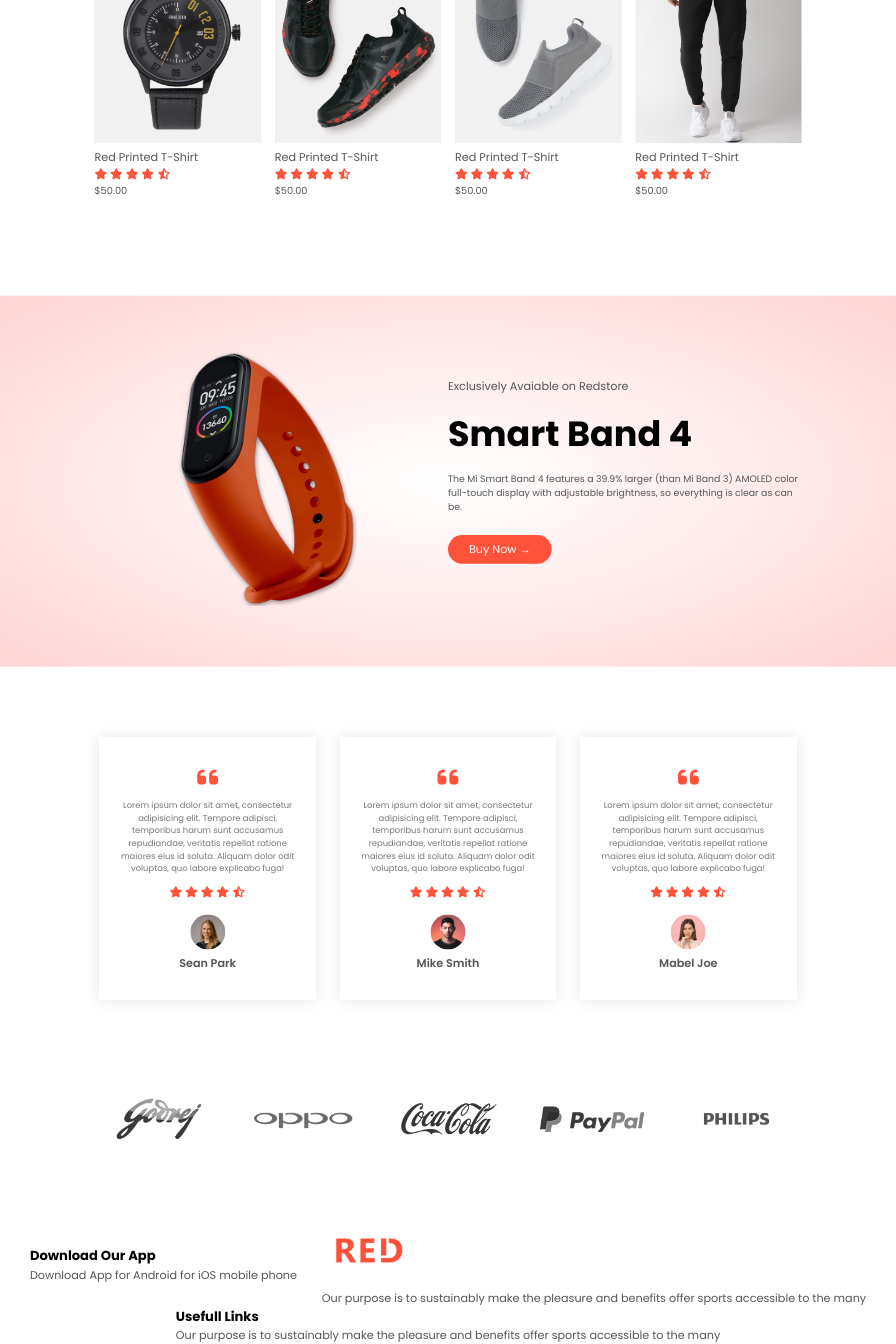
Repository: datvu1608/redsportstore
Page: index.html
The author's editor kept a copy of each file at every save. The page is drawn from the files as they stood at one save, then again after the next save.
The browser window is 1280 px wide. The pictures show the part of the page from y = 2639 to 4559 px (the page is 4559 px tall before and 4534 px after), at 70% of full size.

Above is the page before, as saved 2023-11-23 15:12:21.

### index.html
<!DOCTYPE html>
<html lang="en">
  <head>
    <meta charset="UTF-8" />
    <meta name="viewport" content="width=device-width, initial-scale=1.0" />
    <title>Restore | Ecommerce Website Design</title>
    <link
      href="https://fonts.googleapis.com/css2?family=Poppins:wght@300;400;500;600;700&display=swap"
      rel="stylesheet"
    />
    <link
      rel="stylesheet"
      href="https://cdnjs.cloudflare.com/ajax/libs/font-awesome/6.4.2/css/all.min.css"
    />
    <link rel="stylesheet" href="./styles.css" />
  </head>
  <body>
    <div class="header">
      <div class="container">
        <div class="navbar">
          <div class="logo">
            <img src="./images/logo.png" alt="" width="125px" />
          </div>
          <nav>
            <ul>
              <li>
                <a href="#">Home</a>
              </li>
              <li>
                <a href="#">Products</a>
              </li>
              <li>
                <a href="#">About</a>
              </li>
              <li>
                <a href="#">Contact</a>
              </li>
              <li>
                <a href="#">Account</a>
              </li>
            </ul>
          </nav>
          <img
            src="./images/cart.png"
            width="30px"
            height="30px"
            alt="cart-icon"
          />
        </div>
        <div class="row">
          <div class="col-2">
            <h1>Give Your Workout <br />A New Style!</h1>
            <p>
              Succes isn't always about greatness. It's about consistency.
              Consistent hard work gains success. Greatness will come.
            </p>
            <a href="" class="btn">Explore Now &#8594;</a>
          </div>
          <div class="col-2">
            <img src="./images/image1.png" alt="" />
          </div>
        </div>
      </div>
    </div>
    <!-- featured categories -->
    <div class="categories">
      <div class="small-container">
        <div class="row">
          <div class="col-3">
            <img src="./images/category-1.jpg" alt="" />
          </div>
          <div class="col-3">
            <img src="./images/category-2.jpg" alt="" />
          </div>
          <div class="col-3">
            <img src="./images/category-3.jpg" alt="" />
          </div>
        </div>
      </div>
    </div>
    <!-- featured-products -->
    <div class="small-container">
      <h2 class="title">Featured Products</h2>
      <div class="row">
        <div class="col-4">
          <img src="./images/product-1.jpg" alt="" />
          <h4>Red Printed T-Shirt</h4>
          <div class="rating">
            <i class="fa-solid fa-star"></i>
            <i class="fa-solid fa-star"></i>
            <i class="fa-solid fa-star"></i>
            <i class="fa-solid fa-star"></i>
            <i class="fa-regular fa-star"></i>
          </div>
          <p>$50.00</p>
        </div>
        <div class="col-4">
          <img src="./images/product-2.jpg" alt="" />
          <h4>Red Printed T-Shirt</h4>
          <div class="rating">
            <i class="fa-solid fa-star"></i>
            <i class="fa-solid fa-star"></i>
            <i class="fa-solid fa-star"></i>
            <i class="fa-solid fa-star"></i>
            <i class="fa-regular fa-star"></i>
          </div>
          <p>$50.00</p>
        </div>
        <div class="col-4">
          <img src="./images/product-3.jpg" alt="" />
          <h4>Red Printed T-Shirt</h4>
          <div class="rating">
            <i class="fa-solid fa-star"></i>
            <i class="fa-solid fa-star"></i>
            <i class="fa-solid fa-star"></i>
            <i class="fa-solid fa-star"></i>
            <i class="fa-solid fa-star-half-stroke"></i>
          </div>
          <p>$50.00</p>
        </div>
        <div class="col-4">
          <img src="./images/product-4.jpg" alt="" />
          <h4>Red Printed T-Shirt</h4>
          <div class="rating">
            <i class="fa-solid fa-star"></i>
            <i class="fa-solid fa-star"></i>
            <i class="fa-solid fa-star"></i>
            <i class="fa-solid fa-star"></i>
            <i class="fa-solid fa-star-half-stroke"></i>
          </div>
          <p>$50.00</p>
        </div>
      </div>
      <h2 class="title">Lates Products</h2>
      <div class="row">
        <div class="col-4">
          <img src="./images/product-5.jpg" alt="" />
          <h4>Red Printed T-Shirt</h4>
          <div class="rating">
            <i class="fa-solid fa-star"></i>
            <i class="fa-solid fa-star"></i>
            <i class="fa-solid fa-star"></i>
            <i class="fa-solid fa-star"></i>
            <i class="fa-regular fa-star"></i>
          </div>
          <p>$50.00</p>
        </div>
        <div class="col-4">
          <img src="./images/product-6.jpg" alt="" />
          <h4>Red Printed T-Shirt</h4>
          <div class="rating">
            <i class="fa-solid fa-star"></i>
            <i class="fa-solid fa-star"></i>
            <i class="fa-solid fa-star"></i>
            <i class="fa-solid fa-star"></i>
            <i class="fa-regular fa-star"></i>
          </div>
          <p>$50.00</p>
        </div>
        <div class="col-4">
          <img src="./images/product-7.jpg" alt="" />
          <h4>Red Printed T-Shirt</h4>
          <div class="rating">
            <i class="fa-solid fa-star"></i>
            <i class="fa-solid fa-star"></i>
            <i class="fa-solid fa-star"></i>
            <i class="fa-solid fa-star"></i>
            <i class="fa-solid fa-star-half-stroke"></i>
          </div>
          <p>$50.00</p>
        </div>
        <div class="col-4">
          <img src="./images/product-8.jpg" alt="" />
          <h4>Red Printed T-Shirt</h4>
          <div class="rating">
            <i class="fa-solid fa-star"></i>
            <i class="fa-solid fa-star"></i>
            <i class="fa-solid fa-star"></i>
            <i class="fa-solid fa-star"></i>
            <i class="fa-solid fa-star-half-stroke"></i>
          </div>
          <p>$50.00</p>
        </div>
        <div class="col-4">
          <img src="./images/product-9.jpg" alt="" />
          <h4>Red Printed T-Shirt</h4>
          <div class="rating">
            <i class="fa-solid fa-star"></i>
            <i class="fa-solid fa-star"></i>
            <i class="fa-solid fa-star"></i>
            <i class="fa-solid fa-star"></i>
            <i class="fa-solid fa-star-half-stroke"></i>
          </div>
          <p>$50.00</p>
        </div>
        <div class="col-4">
          <img src="./images/product-10.jpg" alt="" />
          <h4>Red Printed T-Shirt</h4>
          <div class="rating">
            <i class="fa-solid fa-star"></i>
            <i class="fa-solid fa-star"></i>
            <i class="fa-solid fa-star"></i>
            <i class="fa-solid fa-star"></i>
            <i class="fa-solid fa-star-half-stroke"></i>
          </div>
          <p>$50.00</p>
        </div>
        <div class="col-4">
          <img src="./images/product-11.jpg" alt="" />
          <h4>Red Printed T-Shirt</h4>
          <div class="rating">
            <i class="fa-solid fa-star"></i>
            <i class="fa-solid fa-star"></i>
            <i class="fa-solid fa-star"></i>
            <i class="fa-solid fa-star"></i>
            <i class="fa-solid fa-star-half-stroke"></i>
          </div>
          <p>$50.00</p>
        </div>
        <div class="col-4">
          <img src="./images/product-12.jpg" alt="" />
          <h4>Red Printed T-Shirt</h4>
          <div class="rating">
            <i class="fa-solid fa-star"></i>
            <i class="fa-solid fa-star"></i>
            <i class="fa-solid fa-star"></i>
            <i class="fa-solid fa-star"></i>
            <i class="fa-solid fa-star-half-stroke"></i>
          </div>
          <p>$50.00</p>
        </div>
      </div>
    </div>
    <!-- offer -->
    <div class="offer">
      <div class="small-container">
        <div class="row">
          <div class="col-2">
            <img src="./images/exclusive.png" class="offer-img" alt="" />
          </div>
          <div class="col-2">
            <p>Exclusively Avaiable on Redstore</p>
            <h1>Smart Band 4</h1>
            <small
              >The Mi Smart Band 4 features a 39.9% larger (than Mi Band 3)
              AMOLED color full-touch display with adjustable brightness, so
              everything is clear as can be.
            </small>
            <a href="#" class="btn">Buy Now &#8594;</a>
          </div>
        </div>
      </div>
    </div>
    <!-- testimonial -->
    <div class="testimonial">
      <div class="small-container">
        <div class="row">
          <div class="col-3">
            <i class="fa-solid fa-quote-left"></i>
            <p>
              Lorem ipsum dolor sit amet, consectetur adipisicing elit. Tempore
              adipisci, temporibus harum sunt accusamus repudiandae, veritatis
              repellat ratione maiores eius id soluta. Aliquam dolor odit
              voluptas, quo labore explicabo fuga!
            </p>
            <div class="rating">
              <i class="fa-solid fa-star"></i>
              <i class="fa-solid fa-star"></i>
              <i class="fa-solid fa-star"></i>
              <i class="fa-solid fa-star"></i>
              <i class="fa-solid fa-star-half-stroke"></i>
            </div>
            <img src="./images/user-1.png" alt="" />
            <h3>Sean Park</h3>
          </div>
          <div class="col-3">
            <i class="fa-solid fa-quote-left"></i>
            <p>
              Lorem ipsum dolor sit amet, consectetur adipisicing elit. Tempore
              adipisci, temporibus harum sunt accusamus repudiandae, veritatis
              repellat ratione maiores eius id soluta. Aliquam dolor odit
              voluptas, quo labore explicabo fuga!
            </p>
            <div class="rating">
              <i class="fa-solid fa-star"></i>
              <i class="fa-solid fa-star"></i>
              <i class="fa-solid fa-star"></i>
              <i class="fa-solid fa-star"></i>
              <i class="fa-solid fa-star-half-stroke"></i>
            </div>
            <img src="./images/user-2.png" alt="" />
            <h3>Mike Smith</h3>
          </div>
          <div class="col-3">
            <i class="fa-solid fa-quote-left"></i>
            <p>
              Lorem ipsum dolor sit amet, consectetur adipisicing elit. Tempore
              adipisci, temporibus harum sunt accusamus repudiandae, veritatis
              repellat ratione maiores eius id soluta. Aliquam dolor odit
              voluptas, quo labore explicabo fuga!
            </p>
            <div class="rating">
              <i class="fa-solid fa-star"></i>
              <i class="fa-solid fa-star"></i>
              <i class="fa-solid fa-star"></i>
              <i class="fa-solid fa-star"></i>
              <i class="fa-solid fa-star-half-stroke"></i>
            </div>
            <img src="./images/user-3.png" alt="" />
            <h3>Mabel Joe</h3>
          </div>
        </div>
      </div>
    </div>
    <!-- brands -->
    <div class="brands">
      <div class="small-container">
        <div class="row">
          <div class="col-5">
            <img src="./images/logo-godrej.png" alt="" />
          </div>
          <div class="col-5">
            <img src="./images/logo-oppo.png" alt="" />
          </div>
          <div class="col-5">
            <img src="./images/logo-coca-cola.png" alt="" />
          </div>
          <div class="col-5">
            <img src="./images/logo-paypal.png" alt="" />
          </div>
          <div class="col-5">
            <img src="./images/logo-philips.png" alt="" />
          </div>
        </div>
      </div>
    </div>
    <!-- footer -->
    <div class="footer">
      <div class="container">
        <div class="row">
          <div class="footer-col-1">
            <h3>Download Our App</h3>
            <p>Download App for Android for iOS mobile phone</p>
          </div>
          <div class="footer-col-2">
            <img src="./images/logo-white.png" alt="" />
            <p>
              Our purpose is to sustainably make the pleasure and benefits offer
              sports accessible to the many
            </p>
          </div>
          <div class="footer-col-3">
            <h3>Usefull Links</h3>
            <p>
              Our purpose is to sustainably make the pleasure and benefits offer
              sports accessible to the many
            </p>
          </div>
        </div>
      </div>
    </div>
  </body>
</html>

### styles.css
* {
  margin: 0;
  padding: 0;
  box-sizing: border-box;
}
body {
  font-family: 'Poppins', sans-serif;
}
a {
  text-decoration: none;
}
.navbar {
  display: flex;
  align-items: center;
  padding: 20px;
}
nav {
  flex: 1;
  text-align: right;
}
nav ul {
  display: inline-block;
  list-style-type: none;
}
nav ul li {
  display: inline-block;
  margin-right: 20px;
}
nav ul li a {
  text-decoration: none;
  color: #555;
}

p {
  color: #555;
}
.container {
  max-width: 1300px;
  margin: auto;
  padding-left: 25px;
  padding-right: 25px;
}
.row {
  display: flex;
  align-items: center;
  flex-wrap: wrap;
  justify-content: space-around;
}
.col-2 {
  flex-basis: 50%;
  min-width: 300px;
}
.col-2 img {
  max-width: 100%;
  padding: 50px 0;
}
.col-2 h1 {
  font-size: 50px;
  line-height: 60px;
  margin: 25px 0;
}
.btn {
  display: inline-block;
  background: #ff523b;
  border-radius: 30px;
  color: #fff;
  padding: 8px 30px;
  margin: 30px 0;
  transition: 0.5s;
}
.btn:hover {
  background: #563434;
}
.header {
  background: radial-gradient(#fff, #ffd6d6);
}
.header .row {
  margin-top: 70px;
}

.categories {
  margin: 70px 0;
}
.col-3 {
  flex-basis: 30%;
  min-width: 250px;
  margin-bottom: 30px;
}
.col-3 img {
  width: 100%;
}
.small-container {
  max-width: 1080px;
  margin: auto;
  padding-left: 25px;
  padding-right: 25px;
}
.col-4 {
  flex-basis: 25%;
  padding: 10px;
  min-width: 200px;
  margin-bottom: 50px;
  transition: 0.5s;
}
.col-4 img {
  width: 100%;
}

.title {
  text-align: center;
  margin: 0 auto 80px;
  position: relative;
  line-height: 60px;
  color: #555;
}
.title::after {
  content: '';
  background: #ff523b;
  width: 80px;
  height: 5px;
  position: absolute;
  border-radius: 5px;
  bottom: 0;
  left: 50%;
  transform: translateX(-50%);
}
h4 {
  color: #555;
  font-weight: normal;
}
.col-4 p {
  font-size: 14px;
}
.rating .fa-star,
.fa-star-half-stroke {
  color: #ff523b;
}

.col-4:hover {
  transform: translateY(-10px);
}
.offer {
  background: radial-gradient(#fff, #ffd6d6);
  margin-top: 80px;
  padding: 30px 0;
}
.col-2 .offer-img {
  padding: 50px;
}
small {
  color: #555;
  display: block;
}

/* Testimonial */
.testimonial {
  padding-top: 100px;
}
.testimonial .col-3 {
  text-align: center;
  padding: 40px 20px;
  box-shadow: 0 0 20px 0px rgba(0, 0, 0, 0.1);
  cursor: pointer;
  transition: transform 0.5s;
}
.testimonial .col-3 img {
  width: 50px;
  margin-top: 20px;
  border-radius: 50%;
}
.testimonial .col-3:hover {
  transform: translateY(-10px);
}
.fa-solid.fa-quote-left {
  font-size: 34px;
  color: #ff523b;
}
.col-3 p {
  font-size: 12px;
  margin: 12px 0;
  color: #777;
}
.testimonial .col-3 h3 {
  font-weight: 600;
  color: #555;
  font-size: 16px;
}
/* brands */
.brands {
  margin: 100px auto;
}
.col-5 {
  width: 160px;
}
.col-5 img {
  width: 100%;
  cursor: pointer;
  filter: grayscale(100%);
}
.col-5 img:hover {
  filter: grayscale(0);
}

After the next save:
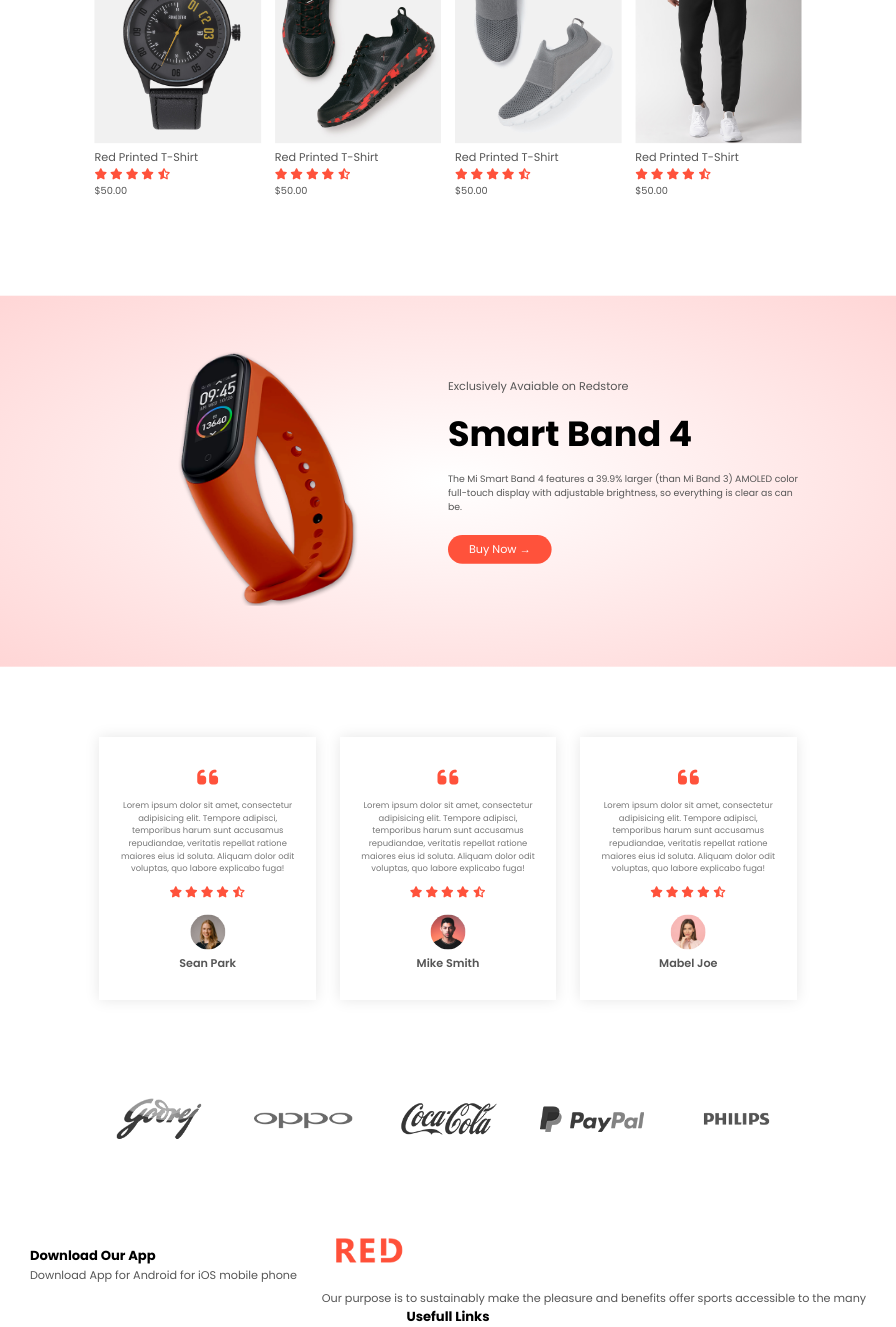
Saved 10 s later.
--- a/index.html
+++ b/index.html
@@ -351,10 +351,7 @@
           </div>
           <div class="footer-col-3">
             <h3>Usefull Links</h3>
-            <p>
-              Our purpose is to sustainably make the pleasure and benefits offer
-              sports accessible to the many
-            </p>
+            <ul></ul>
           </div>
         </div>
       </div>
